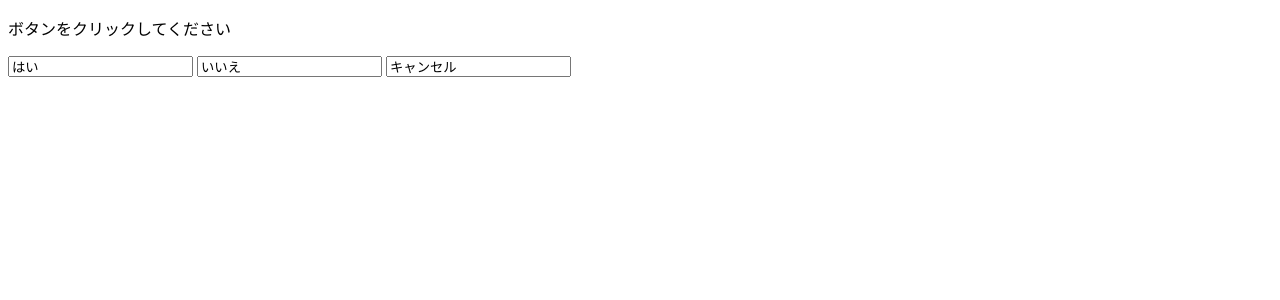
Repository: picalin/samurai_typing-game
Page: JavaScript_tutorial/DialogBox.html
The author's editor kept a record of every edit. The page is drawn from the files as they stood at one moment, then again after the next edit.
The browser window is 1280 px wide. The pictures show the whole page.

Above is the page before.

### JavaScript_tutorial/DialogBox.html
<!DOCTYPE html>
<html lang="ja">
  <head>
    <meta charset="utf-8">
    <title>JavaScriptの練習</title>
    <style>
      /*body {
        text-align: center;
      }
      */
    </style>
  </head>
    <body>
      <form id="dialog" name="dialog">
        <p>ボタンをクリックしてください</p>
        <input type="buttom" name="yes" value="はい" />
        <input type="buttom" name="no" value="いいえ" />
        <input type="buttom" name="cancel" value="キャンセル" />
      </form>

      <script>

      </script>
    </body>
</html>

After the next edit:
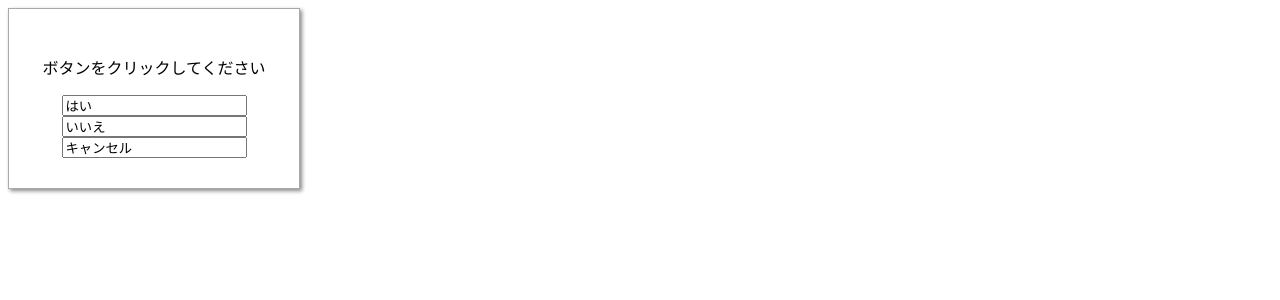
The edit:
--- a/JavaScript_tutorial/DialogBox.html
+++ b/JavaScript_tutorial/DialogBox.html
@@ -4,10 +4,13 @@
     <meta charset="utf-8">
     <title>JavaScriptの練習</title>
     <style>
-      /*body {
+      #dialog {
+        width: 250px;
+        padding: 30px 20px;
         text-align: center;
+        border: 1px solid #aaa;
+        box-shadow: 2px 2px 4px #888;
       }
-      */
     </style>
   </head>
     <body>
